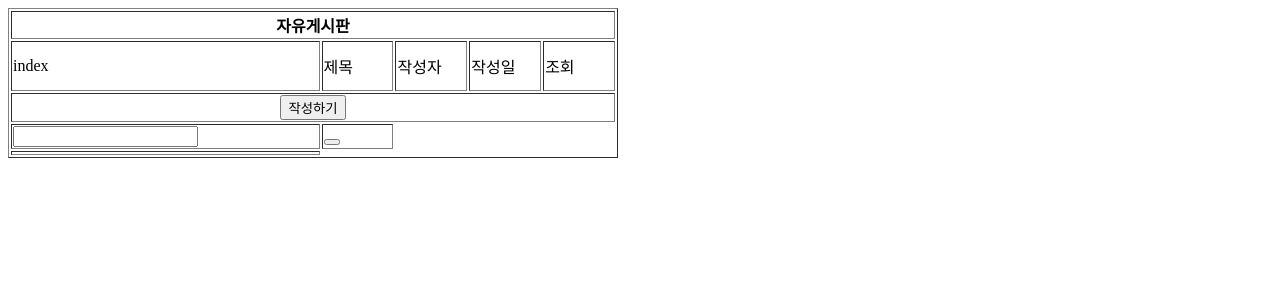
Repository: y2kim/workspace3
Page: http://localhost/WEB_MVC1_JSP_05_25/BorderList.jsp
These files come from the project's save history. The page is drawn as it stood at one moment and after the next save; the edit follows.
The browser window is 1280 px wide. The pictures show the whole page.
The page is served by Tomcat 9. Other server files are loaded and not shown. Queries for data that is not in the repository find no rows.

Above is the page before, as saved 2018-06-04 06:56:24.

### WEB_MVC1_JSP_05_25/WebContent/BorderList.jsp
<%@page import="javax.servlet.jsp.tagext.TryCatchFinally"%>
<%@page import="java.util.ArrayList"%>
<%@page import="java.util.List"%>
<%@page import="bean.BorderInfos"%>
<%@page import="bean.BoradDAO"%>
<%@ page language="java" contentType="text/html; charset=UTF-8"
    pageEncoding="UTF-8"%>
<!DOCTYPE html>
<html>
<head>
<meta http-equiv="Content-Type" content="text/html; charset=UTF-8">
  <style>

  </style>
<title>Insert title here</title>

</head>
<body>
         <%
         	   int currentpage = 0;
         	   try{
               currentpage =Integer.parseInt(request.getParameter("currentPage"));
         	   }catch(Exception e){
         		  currentpage=0;
         	   }

               if(currentpage == 0){
            	   currentpage =1;
               }else{
            	   currentpage =Integer.parseInt(request.getParameter("currentPage"));
               }
                BoradDAO bdao = new BoradDAO();
         %>
<table border="1">
        <tr >
            <th colspan="5" width=600>자유게시판</th>
        </tr>
        <tr height=50>
            <td width=25>index</td>
            <td width=40>제목</td>
            <td width=40>작성자</td>
            <td width=40>작성일</td>
            <td width=40>조회</td>
        </tr>
        	<%
        	     int totalborde = bdao.allBoard();
           		 int pageSize = 3;

                  int max = pageSize * currentpage;
                  int min = max - pageSize ;
        	    List<BorderInfos> list = bdao.listBordercut(max, min);;
        	    for(int i=0;i<list.size();i++){
        	%>
		<tr>
			<td><%=list.get(i).getSeq()%></td>
			<td><a href="borde/list.jsp?list.get(i).getSeq()=<%=list.get(i).getSeq()%>"><%=list.get(i).getTitle()%></a></td>
			<td><%=list.get(i).getWriter()%></td>
			<td><%=list.get(i).getWritedate()%></td>
			<td><%=list.get(i).getViewcount()%></td>
		</tr>
        		<%} %>
        <tr>
            <td colspan="5" align="center">

            <input type="Button" value="작성하기" id="addtext">
            </td>
        </tr>
        <tr>
        <td><input type="text" name="search" id="search"></td>
        <td><button type="button" id="search"></button></td>
        </tr>
        <tr><td style="align-content:center;" align="center"> <%=bdao.getPageNavi(currentpage)%> </td></tr>
    </table>

    <script>
      document.getElementById("addtext").onclick = function(){
        location.href="borde/addbordetitle.html";
       }

    </script>
</body>
</html>

### WEB_MVC1_JSP_05_25/src/bean/BoradDAO.java
package bean;

import java.sql.Connection;
import java.sql.DriverManager;
import java.sql.PreparedStatement;
import java.sql.ResultSet;
import java.util.ArrayList;
import java.util.List;

public class BoradDAO {

	public Connection dbConnect() throws Exception {
		Class.forName("oracle.jdbc.driver.OracleDriver");
		String DB_URL = "jdbc:oracle:thin:@127.0.0.1:1521:XE";
		String DB_USER = "kh";
		String DB_PASSWORD = "kh";

		return  DriverManager.getConnection(DB_URL, DB_USER, DB_PASSWORD);
	}

	public int insertBorder(BorderInfos bifs , int val) throws Exception {
		Connection cons = dbConnect();
		String sql = "insert into board values(?,?,?,?,sysdate,?,?)";
		PreparedStatement pst = cons.prepareStatement(sql);
		pst.setInt(1,val);
		pst.setString(2,bifs.getTitle());
		pst.setString(3,bifs.getContents());
		pst.setString(4,bifs.getWriter());
		pst.setInt(5,bifs.getViewcount());
		pst.setString(6,bifs.getIp());
		int result = pst.executeUpdate();
		cons.commit();
		pst.close();
		cons.close();
		return result;
	}

	public List<BorderInfos> listBorder() throws Exception{
		List<BorderInfos> list = new ArrayList<>();
		Connection cons = dbConnect();
		String sql = "select * from board ORDER BY seq desc";
		PreparedStatement pst = cons.prepareStatement(sql);
		ResultSet rs = pst.executeQuery();
		while(rs.next()) {
			BorderInfos bifs = new BorderInfos();
			bifs.setSeq(rs.getInt(1));
			bifs.setTitle(rs.getString(2));
			bifs.setContents(rs.getString(3));
			bifs.setWriter(rs.getString(4));
			bifs.setWritedate(rs.getDate(5));
			bifs.setViewcount(rs.getInt(6));
			bifs.setIp(rs.getString(7));

			list.add(bifs);
		}
		rs.close();
		pst.close();
		cons.close();
		return list;
	}

	public List<BorderInfos> listBordercut(int large, int small) throws Exception{
		List<BorderInfos> list = new ArrayList<>();
		Connection cons = dbConnect();
		String sql = "select * from (select b.*, rownum as rnum from ( select * from board b order by seq desc)b where rownum <=?)where  rnum >?";
		PreparedStatement pst = cons.prepareStatement(sql);
		pst.setInt(1,large);
		pst.setInt(2,small);
		ResultSet rs = pst.executeQuery();
		while(rs.next()) {
			BorderInfos bifs = new BorderInfos();
			bifs.setSeq(rs.getInt(1));
			bifs.setTitle(rs.getString(2));
			bifs.setContents(rs.getString(3));
			bifs.setWriter(rs.getString(4));
			bifs.setWritedate(rs.getDate(5));
			bifs.setViewcount(rs.getInt(6));
			bifs.setIp(rs.getString(7));

			list.add(bifs);
		}
		rs.close();
		pst.close();
		cons.close();
		return list;
	}

	public List<BorderInfos> showGetPage(int seq) throws Exception{
		List<BorderInfos> list = new ArrayList<>();
		Connection cons = dbConnect();
		String sql = "select * from board where seq = ?";
		PreparedStatement pst = cons.prepareStatement(sql);
		pst.setInt(1,seq);
		ResultSet rs = pst.executeQuery();
		while (rs.next()) {
			BorderInfos bifs = new BorderInfos();
			bifs.setSeq(rs.getInt(1));
			bifs.setTitle(rs.getString(2));
			bifs.setContents(rs.getString(3));
			bifs.setWriter(rs.getString(4));
			bifs.setWritedate(rs.getDate(5));
			bifs.setViewcount(rs.getInt(6));
			bifs.setIp(rs.getString(7));
			list.add(bifs);
		}
		rs.close();
		pst.close();
		cons.close();
		return list;
	}

	public int updateVisite(int seq) throws Exception {
		Connection cons = dbConnect();
		String sql = "update board set viewcount = viewcount+1  where seq = ?";
		PreparedStatement pst = cons.prepareStatement(sql);
		pst.setInt(1, seq);
		int result = pst.executeUpdate();
		cons.commit();
		pst.close();
		cons.close();
		return result;
	}

	public int deleteList(int seq) throws Exception{
		Connection cons = dbConnect();
		String sql = "delete from board where seq = ?";
		PreparedStatement pst = cons.prepareStatement(sql);
		System.out.println("abc");
		pst.setInt(1, seq);
		int result = pst.executeUpdate();
		System.out.println("123");
		cons.commit();
		pst.close();
		cons.close();
		return result;
	}

	public int updateBorde(BorderInfos bifs, int seq) throws Exception {
		Connection cons = dbConnect();
		String sql = "update board set title = ?, contents = ? , writedate = sysdate, ip = ?  where seq = ?";
		//update members set ISBLOCKED='y' where id = 'abcd';
		PreparedStatement pst = cons.prepareStatement(sql);
		pst.setString(1, bifs.getTitle());
		pst.setString(2, bifs.getContents());
		pst.setString(3, bifs.getIp());
		pst.setInt(4, seq);
		int result = pst.executeUpdate();
		cons.commit();
		pst.close();
		cons.close();
		return result;
	}

	public String ischk(int seq) throws Exception {
		Connection cons = dbConnect();
		String sql = "select writer from board where seq = ?";
		PreparedStatement pst = cons.prepareStatement(sql);
		pst.setInt(1,seq);
		ResultSet rs = pst.executeQuery();
		if(rs.next()) {
			String str = rs.getString(1);
			rs.close();
			pst.close();
			cons.close();
			return str;
		}else {
			rs.close();
			pst.close();
			cons.close();
			return null;
		}

	}


	public int allBoard() throws Exception{
		Connection cons = dbConnect();
		String sql = "select count(*) from board";
		PreparedStatement pst = cons.prepareStatement(sql);
		ResultSet rs = pst.executeQuery();
		if(rs.next()) {
			int result = rs.getInt(1);
			rs.close();
			pst.close();
			cons.close();
			return result;
		}else {
			rs.close();
			pst.close();
			cons.close();
			return 0;
		}
	}

	public String getPageNavi(int now) throws Exception {
		Connection cons = dbConnect();
		String sql = "select count(*) totalCount from board";
		PreparedStatement pst = cons.prepareStatement(sql);
		ResultSet rs = pst.executeQuery();
		rs.next();
		rs.getInt("totalCount");

		int recordTotalCount =  rs.getInt("totalCount"); //전체 글의 개수를 저장하는 변수
		int recordCountPerPage = 3; // 한 페이지에 게시글이 몇개 보일건지
		int naviCountPerPage = 3; //  한 페이지에서 내비게이터가 몇개씩 보일건지
		int pageTotalCount =0; // 전체가 몇페이지로 구성 될것인지

		if(recordTotalCount%recordCountPerPage >0) { //0 10d으로 나누어 떨어지지 않음
			pageTotalCount = recordTotalCount / recordCountPerPage +1 ;
		}else {
			pageTotalCount = recordTotalCount / recordCountPerPage;
		}
		//--------------------------------------
		int currentpage = now ; // 임의의 페이지
		if(currentpage < 1) {
			currentpage = 1;
		}else if(currentpage > pageTotalCount) {
			currentpage = pageTotalCount;
		}/// 현재 페이지가 비정상인지 검증하는 코드

		int startNavi = (currentpage-1) / naviCountPerPage * naviCountPerPage +1; /// 네비게이터가 시작하는 값    1- 10  11-20 21-30
		int endNavi = startNavi + naviCountPerPage -1 ; // 네비게이터 끝값

		if(endNavi > pageTotalCount) { // 검증코드
			endNavi = pageTotalCount;
		}
		System.out.println("현재페이지 :" + currentpage);
		System.out.println("네비게이터 시작 :" + startNavi);
		System.out.println("네비게이터 끝 : " + endNavi);
		System.out.println(" 페이지 토탈카운트" + pageTotalCount);
		boolean needPrev = true;
		boolean needNext = true;

		if(startNavi == 1) {
			needPrev = false;
		}
		if(endNavi == pageTotalCount ) {
			needNext = false;
		}
		StringBuilder sb = new StringBuilder(); /// ""   스트링풀  절약
		if(needPrev) {
			if(currentpage+naviCountPerPage>1) {
				sb.append("<a href=\"BorderList.jsp?currentPage="+(currentpage-naviCountPerPage)+"\">");
				sb.append("< ");
				sb.append("</a>");
			}else {
				sb.append("<a href=\"BorderList.jsp?currentPage="+(1)+"\">");
				sb.append("< ");
				sb.append("</a>");
			}

		}
		for(int i = startNavi;i<=endNavi;i++) {
			sb.append("<a href=\"BorderList.jsp?currentPage="+i+"\">");
			sb.append(i + " ");
			sb.append("</a>");
		}
		if(needNext) {
			if(currentpage+naviCountPerPage<=pageTotalCount) {
			sb.append("<a href=\"BorderList.jsp?currentPage="+(currentpage+naviCountPerPage)+"\">");
			sb.append(">");
			sb.append("</a>");
			}else {
				sb.append("<a href=\"BorderList.jsp?currentPage="+(pageTotalCount)+"\">");
				sb.append(">");
				sb.append("</a>");
			}
		}
		pst.close();
		rs.close();
		return sb.toString();
	}

	public void makeDummyDate() throws Exception { /// 좀있다 가져올것
		Connection cons = dbConnect();
		String sql = "insert into board values ()";
		PreparedStatement pst = cons.prepareStatement(sql);
		ResultSet rs = pst.executeQuery();

	}


    public int lastValue() throws Exception {
    	Connection cons = dbConnect();
    	String sql = "select * from (select seq from board ORDER BY seq desc) where rownum <=1";
    	//여러 사람이 동시에 쿼리 날리는 경우 위험
    	PreparedStatement pst = cons.prepareStatement(sql);
		ResultSet rs = pst.executeQuery();
		if(rs.next()) {
			int result = rs.getInt(1);
			rs.close();
			pst.close();
			cons.close();
			return result;
		}else {
			return 0;
		}
    }

	public int callNextSeq() throws Exception {
		Connection cons = dbConnect();
		String sql = "select bodka.nextval from dual";
		PreparedStatement pst = cons.prepareStatement(sql);
		ResultSet rs = pst.executeQuery();
		if(rs.next()) {
			int result = rs.getInt(1);
			rs.close();
			pst.close();
			cons.close();
			return result;
		}else {
			return 0;
		}
	}

}

After the next save:
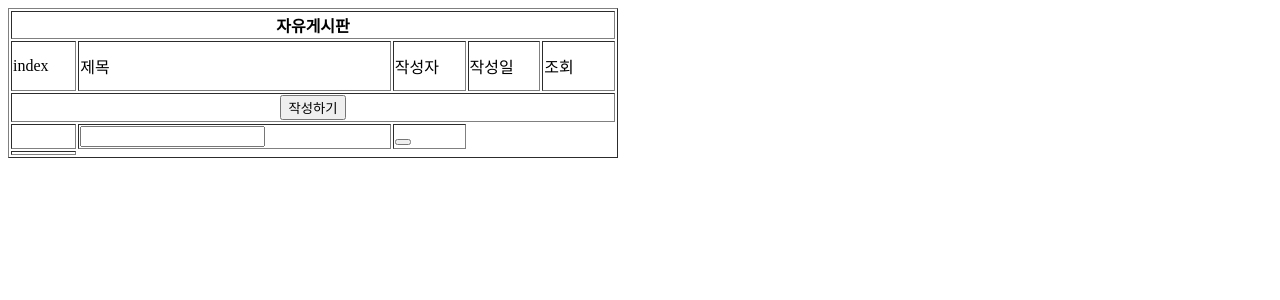
Saved 79 s later.
--- a/WEB_MVC1_JSP_05_25/WebContent/BorderList.jsp
+++ b/WEB_MVC1_JSP_05_25/WebContent/BorderList.jsp
@@ -66,6 +66,7 @@
             </td>
         </tr>
         <tr>
+        <td><section id="" name=""></section></td>
         <td><input type="text" name="search" id="search"></td>
         <td><button type="button" id="search"></button></td>
         </tr>
